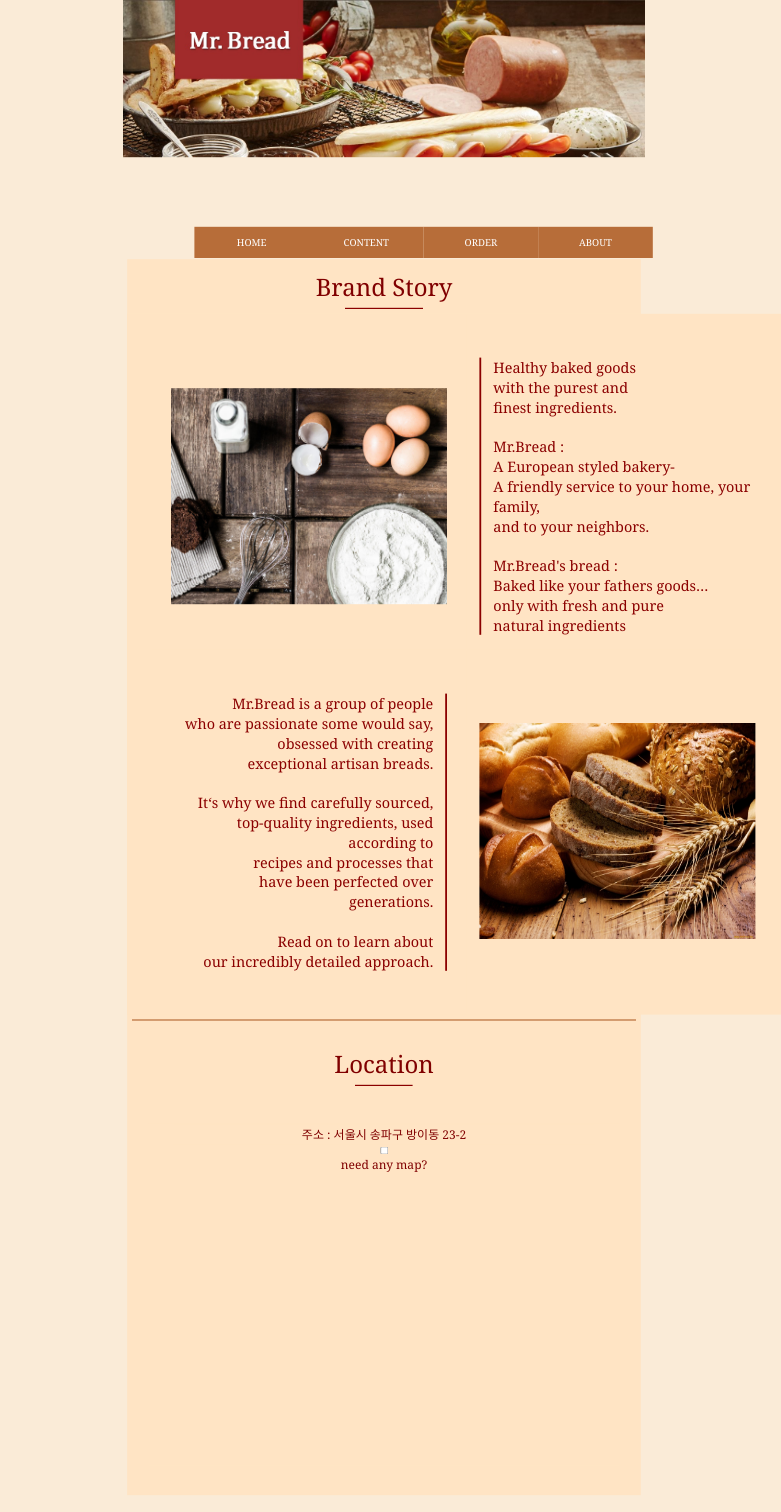
Repository: jihyyeshin/2017-2-WP-bread
Page: http://localhost/Bread/about.jsp
An editor plug-in stored every save of this project. The page is shown before and after the next save, followed by the edit.
The browser window is 1280 px wide. The page is 1302 px wide, so the pictures cover 1302 px, including what lies to the right of the window. The pictures show the whole page, at 60% of full size.
The page is served by Tomcat 9.

Above is the page before, as saved 2017-12-08 05:15:28.

After the next save:
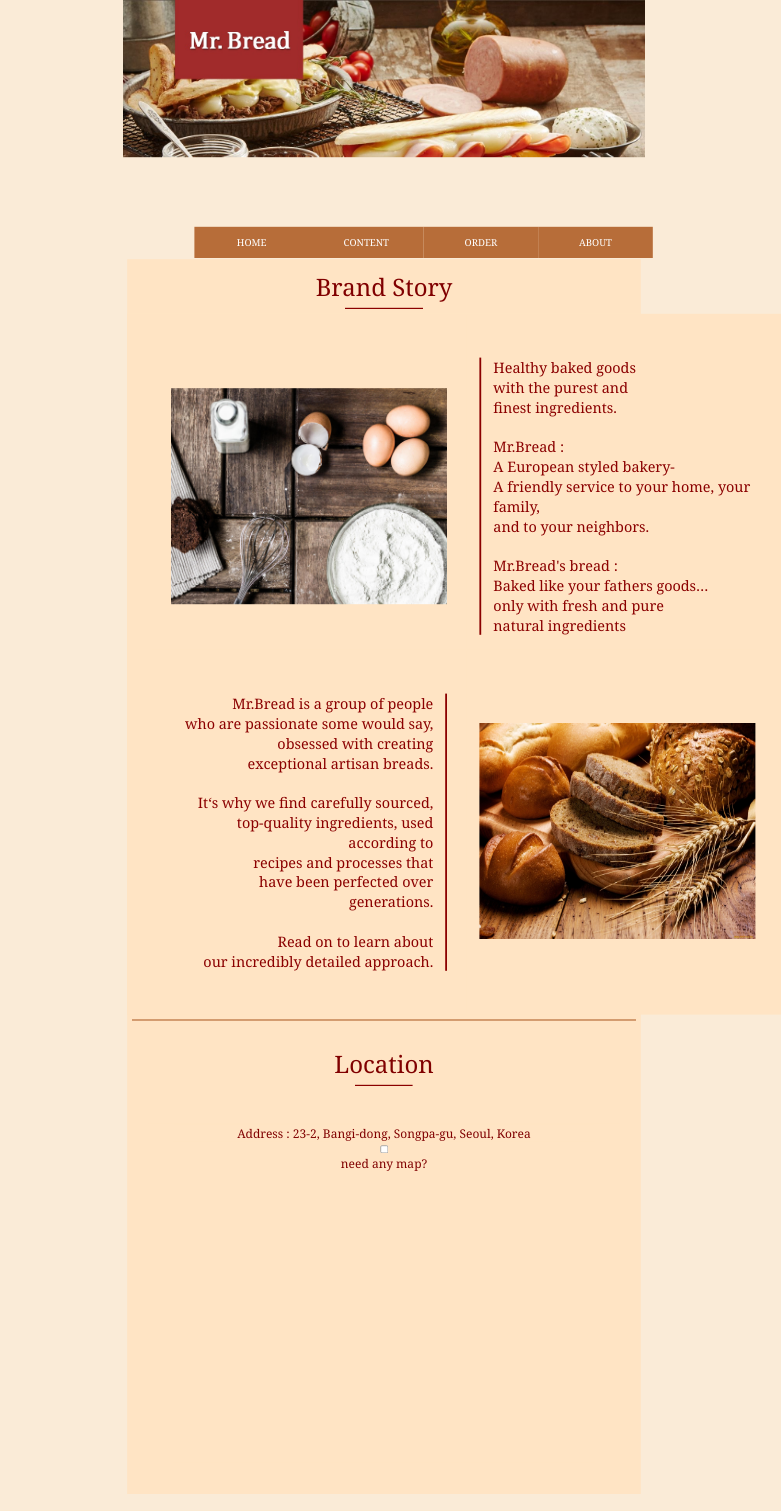
Saved 74 s later.
--- a/eclipse-workspace/Bread/WebContent/about.jsp
+++ b/eclipse-workspace/Bread/WebContent/about.jsp
@@ -76,7 +76,8 @@
 				<tr>
 					<td>
 						<center>
-							<p class="p5">주소 : 서울시 송파구 방이동 23-2</p>
+							<p class="p5">
+Address : 23-2, Bangi-dong, Songpa-gu, Seoul, Korea</p>
 						</center>
 					</td>
 				</tr>
